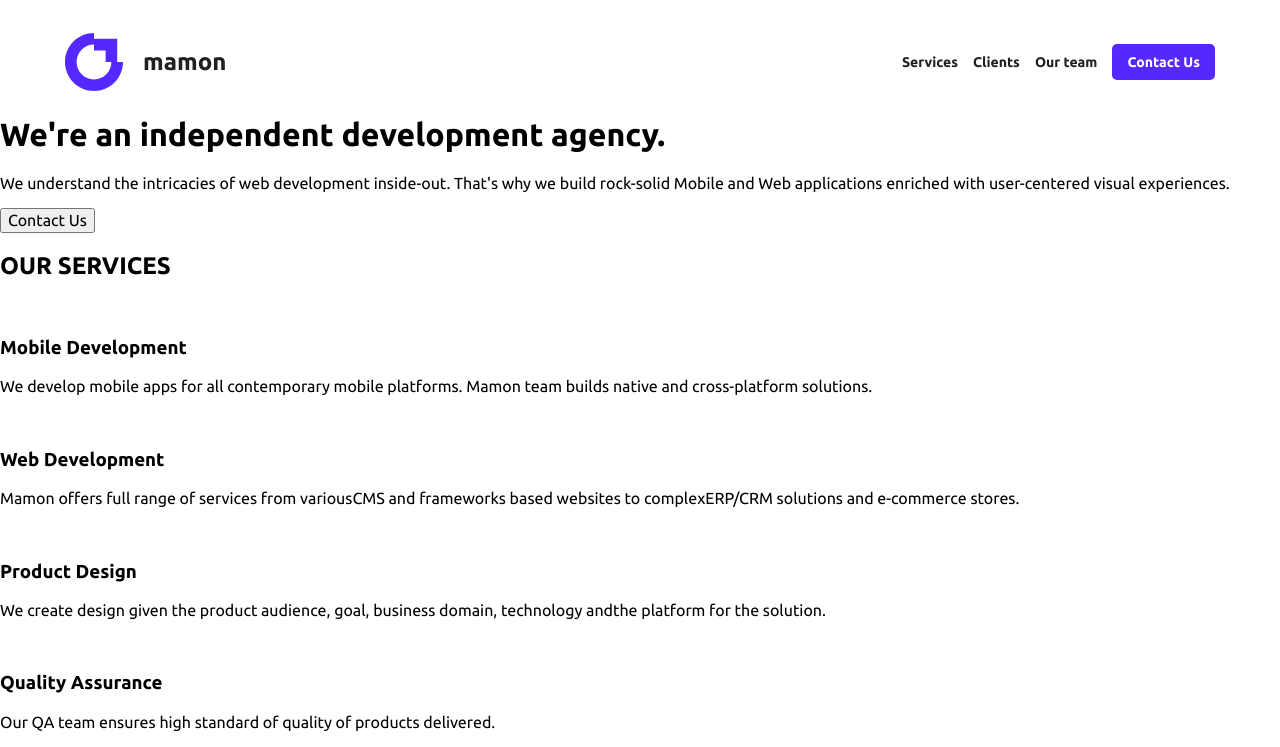
Repository: Vitalii23081984/testHGC
Page: index.html
An editor plug-in stored every save of this project. The page is shown before and after the next save, followed by the edit.
The browser window is 1280 px wide. The pictures show the whole page.

Above is the page before, as saved 2022-11-20 11:42:43.

### index.html
<!DOCTYPE html>
<html lang="en">
<head>
    <meta charset="UTF-8">
    <meta http-equiv="X-UA-Compatible" content="IE=edge">
    <meta name="viewport" content="width=device-width, initial-scale=1.0">
    <title>Mamon</title>
    <link href="https://fonts.googleapis.com/css2?family=Ubuntu:wght@300;400;700&display=swap" rel="stylesheet">
    <link rel="stylesheet" href="https://cdnjs.cloudflare.com/ajax/libs/normalize/8.0.1/normalize.css">
    <link rel="stylesheet" href="css/style.css">
</head>
<body>
    <header>
        <div class="header">
            <a href="" class="logo">
                <span class="logo_img"></span>
                <span class="logo_text">mamon</span></a>
            <nav>
                <ul class="nav">
                    <li><a href="">Services</a></li>
                    <li><a href="">Clients</a></li>
                    <li><a href="">Our team</a></li>
                    <li><button class="nav_btn" type="button">Contact Us</button></li>
                </ul>
            </nav>
        </div>

    </header>
    <div class="page">
        <div class="wrap">
            <h1>We're an independent development agency.</h1>
            <p>We understand the intricacies of web development inside-out. That's why we build rock-solid Mobile and Web applications enriched with user-centered visual experiences.</p>
            <button type="button">Contact Us</button>
        </div>
    </div>
    <div class="page">
        <div class="wrap">
            <h2>OUR SERVICES</h2>
            <div class="services">
                <div class="service-item">
                    <img src="" alt="">
                    <div>
                        <h3>Mobile Development</h3>
                        <p>We develop mobile apps for all contemporary mobile platforms. Mamon team builds native and cross-platform solutions.</p>
                    </div>
                </div>
                <div class="service-item">
                    <img src="" alt="">
                    <div>
                        <h3>Web Development</h3>
                        <p>Mamon offers full range of services from variousCMS and frameworks based websites to complexERP/CRM solutions and e-commerce stores.</p>
                    </div>
                </div>
                <div class="service-item">
                    <img src="" alt="">
                    <div>
                        <h3>Product Design</h3>
                        <p>We create design given the product audience, goal, business domain, technology andthe platform for the solution.</p>
                    </div>
                </div>
                <div class="service-item">
                    <img src="" alt="">
                    <div>
                        <h3>Quality Assurance</h3>
                        <p> Our QA team ensures high standard of quality of products delivered.</p>
                    </div>
                </div>

            </div>
        </div>

    </div>

</body>
</html>

### css/style.css
body {
    font-family: 'Ubuntu', sans-serif;

}
.header {
    width: 100%;
    max-width: 1180px;
    margin: 0 auto;
    padding-left: 15px;
    padding-right: 15px;
    padding-top: 30px;
    display: flex;
    justify-content: space-between;
    align-items: center;
    box-sizing: border-box;
    font-weight: 700;
}
.nav {
    list-style-type: none;
    display: flex;
    justify-content: flex-start;
    align-items: center;
    font-size: 14px;

}
.nav>li {
    margin-left: 15px;
}
.nav>li>a {
    text-decoration: none;
    color: #202020;
}
.nav_btn {
    background-color: #5528FF;
    border-radius: 5px;
    padding: 10px 15px;
    color: white;
    border: none;
    font-weight: 700;
}
.logo {
    display: flex;
    align-items: center;
    text-decoration: none;
}
.logo_img {
    display: block;
    width: 58px;
    height: 58px;
    background-image: url(../img/logo.svg);
    margin-right: 20px;
}
.logo_text {
    font-size: 24px;
    color: #202020;

}

After the next save:
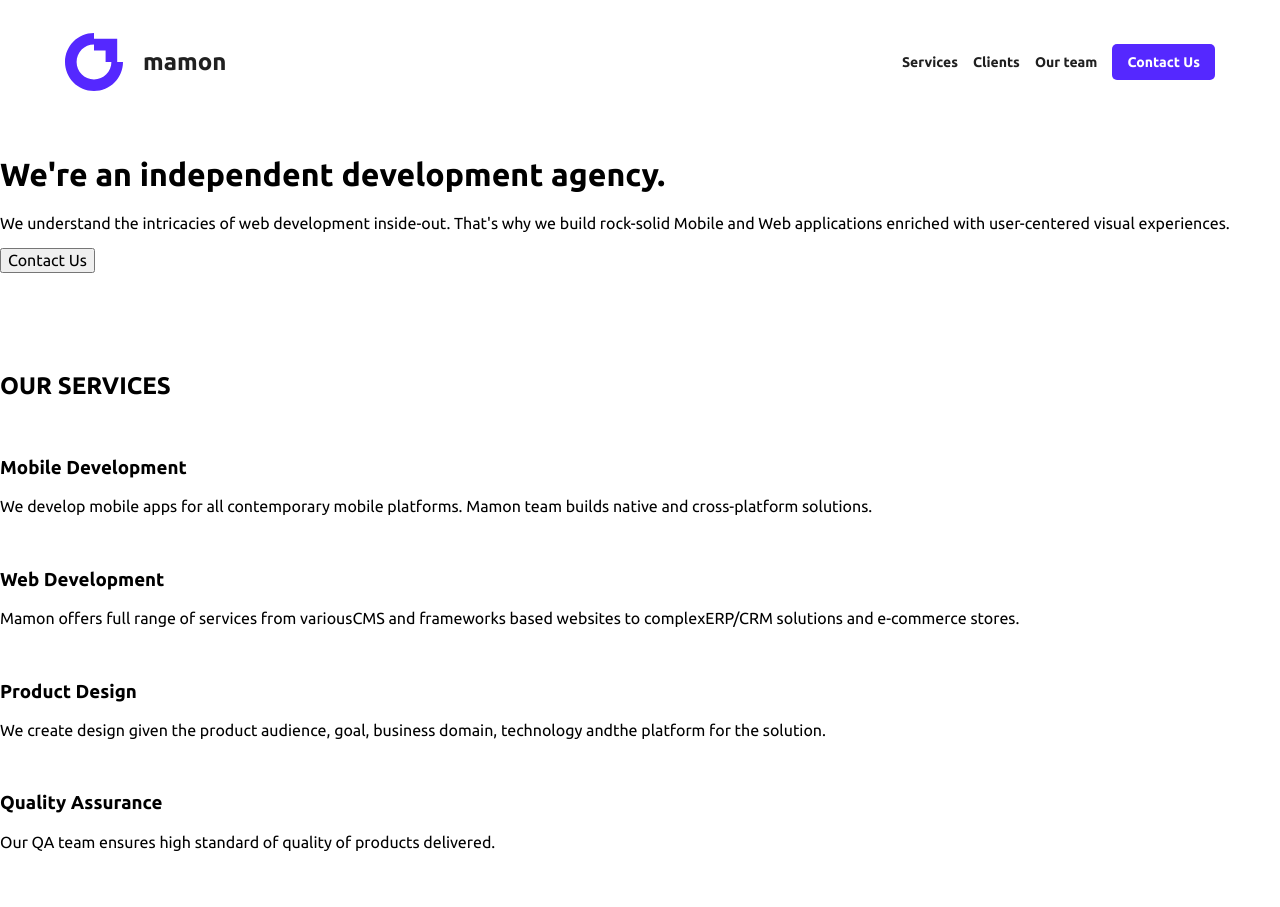
Saved 6 min 47 s later.
--- a/css/style.css
+++ b/css/style.css
@@ -55,3 +55,10 @@
     color: #202020;
 
 }
+.page {
+    padding-top: 40px;
+    padding-bottom: 40px;
+}
+.page-top {
+    border-top: 1px solid #c2c2c2;
+}
